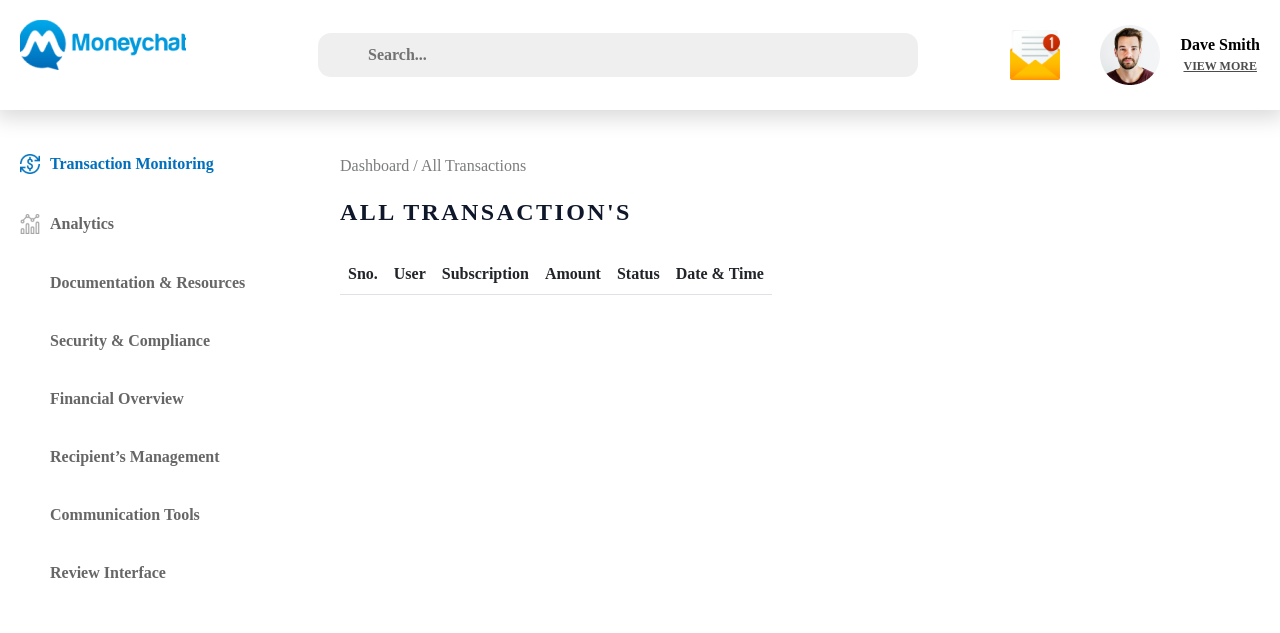
Repository: FlyweisReact/Money-Chat
Page: /transaction
An editor plug-in stored every save of this project. The page is shown before and after a run of saves, followed by the edit.
The browser window is 1280 px wide. The pictures show the whole page.
The project was rebuilt for these pictures with package versions that can differ from the ones it lists, and the page was loaded fresh each time. Also part of the build but not shown: src/forms/ForgetPassword.js, src/forms/Login.jsx, src/forms/NeedHelp.js, src/forms/Regestration.js, src/forms/Verify.js. Imported but missing from the stored project, and not drawn on this page: src/pages/Component/SpinnerComp.

Above is the page before, as saved 2023-11-30 15:16:00.

After the next 6 saves:
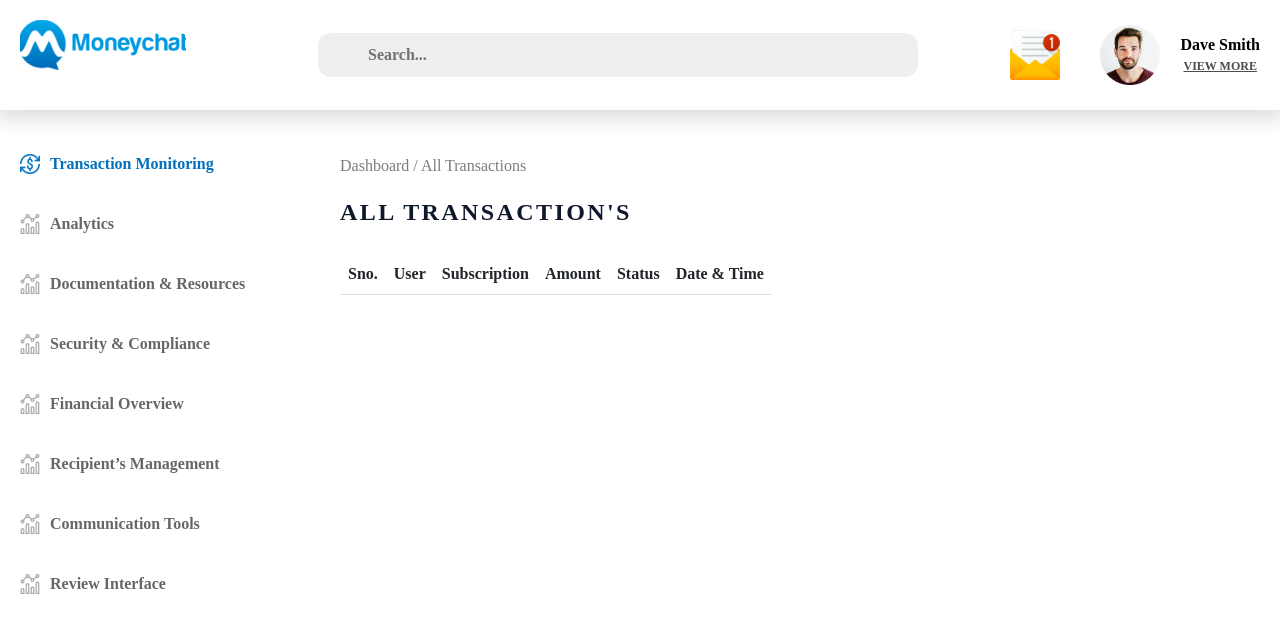
The 6 saves are shown as one change because they came seconds apart.
The last was saved 4 min 19 s later.
--- a/src/layout/Sidebar.jsx
+++ b/src/layout/Sidebar.jsx
@@ -23,26 +23,38 @@ const Sidebar = () => {
     },
 
     {
+      img: "./Image/Analytics.svg",
+      activeImg: "./Image/Analyticsactive.svg",
       link: "/service",
       name: "Documentation & Resources",
     },
     {
+      img: "./Image/Analytics.svg",
+      activeImg: "./Image/Analyticsactive.svg",
       link: "/gallery",
       name: "Security & Compliance",
     },
     {
+      img: "./Image/Analytics.svg",
+      activeImg: "./Image/Analyticsactive.svg",
       link: "/getblog",
       name: "Financial Overview",
     },
     {
+      img: "./Image/Analytics.svg",
+      activeImg: "./Image/Analyticsactive.svg",
       link: "/privacy-policy",
       name: "Recipient’s Management",
     },
     {
+      img: "./Image/Analytics.svg",
+      activeImg: "./Image/Analyticsactive.svg",
       link: "/terms",
       name: "Communication Tools",
     },
     {
+      img: "./Image/Analytics.svg",
+      activeImg: "./Image/Analyticsactive.svg",
       link: "/brand",
       name: "Review Interface",
     },
